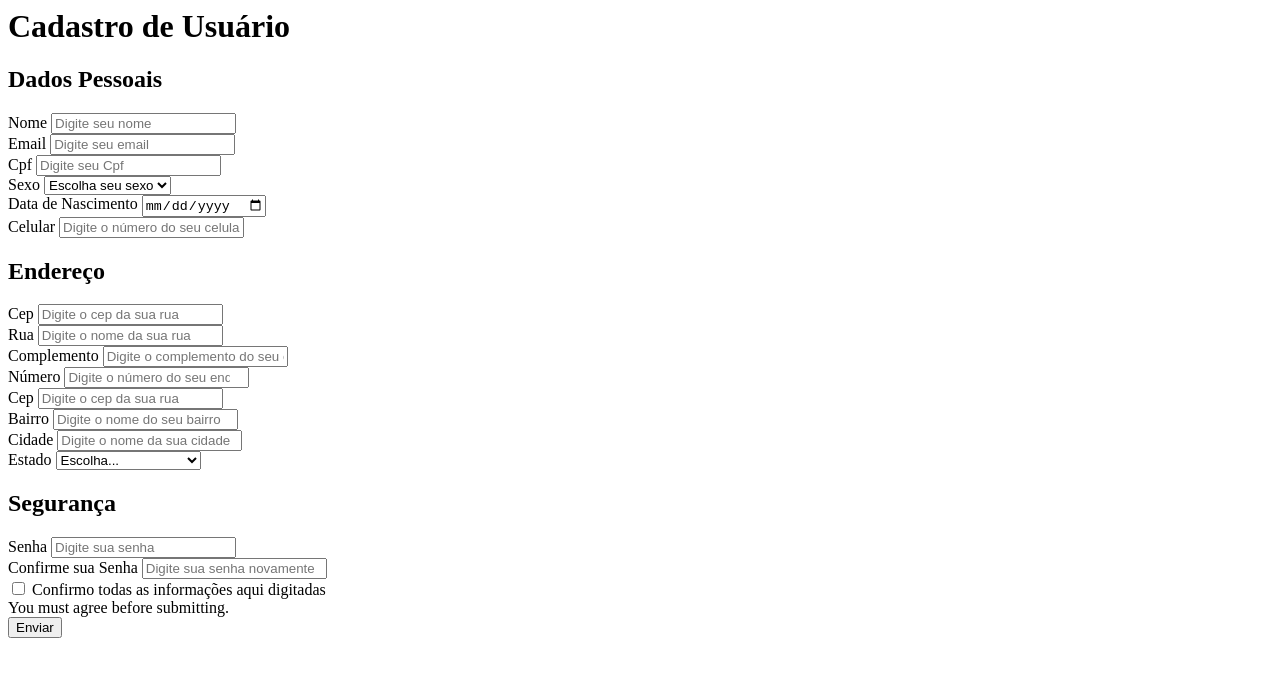
Repository: formatech2018/BRUNNO-S-FILMES
Page: sistema.filmes/src/main/webapp/resources/html/cadastro.html
The author's editor kept a copy of each file at every save. The page is drawn from the files as they stood at one save, then again after the next save.
The browser window is 1280 px wide. The pictures show the whole page.

Above is the page before, as saved 2018-08-06 00:16:10.

After the next save:
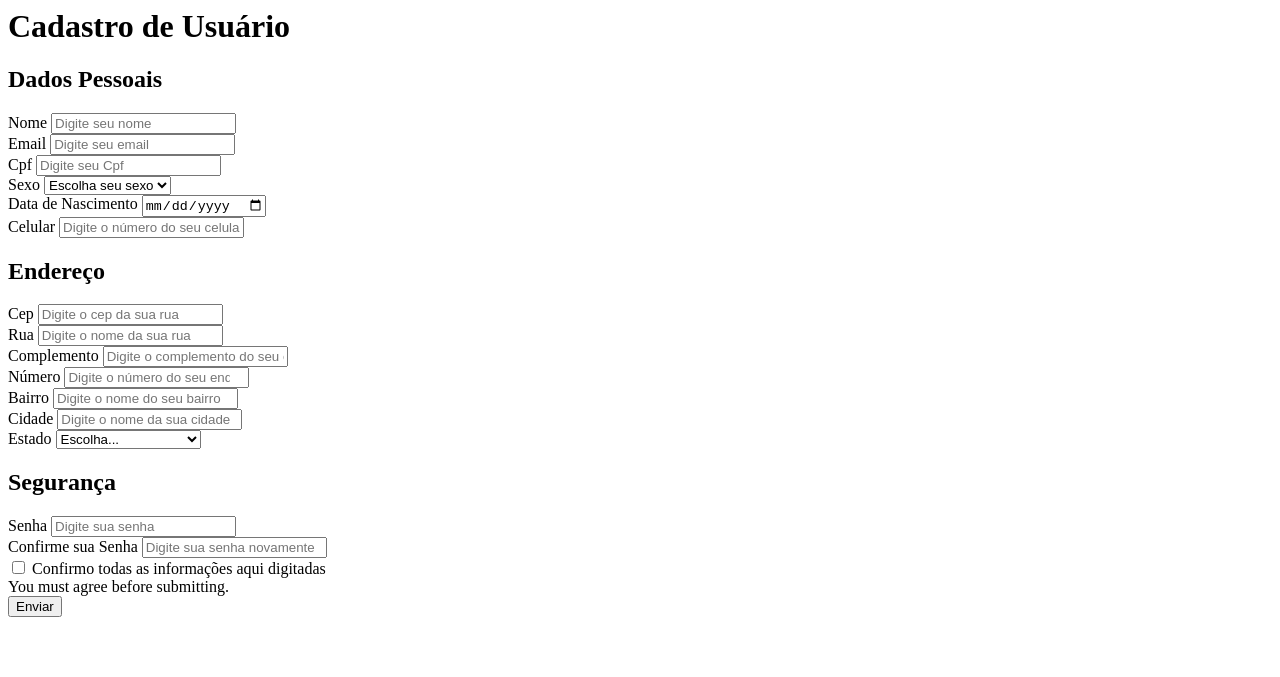
Saved 51 s later.
--- a/sistema.filmes/src/main/webapp/resources/html/cadastro.html
+++ b/sistema.filmes/src/main/webapp/resources/html/cadastro.html
@@ -79,11 +79,6 @@
 
 	<div class="row">
 		<div class="col">
-			<label for="colFormLabel" class="col-sm-2 col-form-label">Cep</label>
-			<input type="text" id="cep" name="cep" class="form-control"
-				placeholder="Digite o cep da sua rua">
-		</div>
-		<div class="col">
 			<label for="colFormLabel" class="col-sm-2 col-form-label">Bairro</label>
 			<input type="text" id="bairro" name="bairro" class="form-control"
 				placeholder="Digite o nome do seu bairro">
